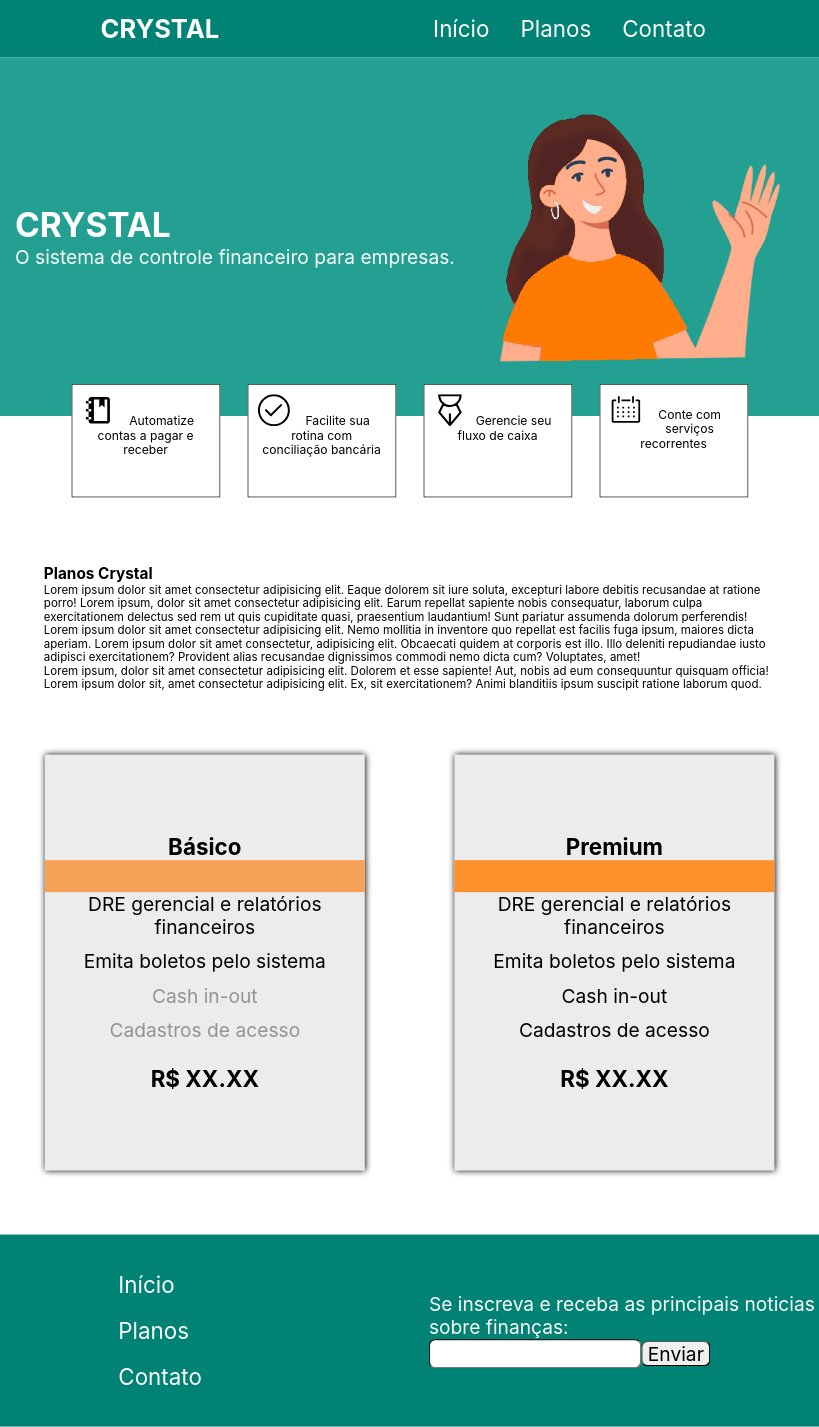
Repository: Matheus904-12/Crystallize
Page: index.html
An editor plug-in stored every save of this project. The page is shown before and after the next save, followed by the edit.
The browser window is 1280 px wide. The pictures show the whole page, at 64% of full size.
Some web fonts or font styles are not loaded; a fallback is used.

Above is the page before, as saved 2023-07-24 21:17:32.

### index.html
<!DOCTYPE html>
<html lang="pt-br">

<head>
    <meta charset="UTF-8">
    <meta name="viewport" content="width=device-width, initial-scale=1.0">

    <title>Crystal</title>

    <link rel="stylesheet" href="style.css">

</head>

<body>

    <header id="header">

        <h1 class="textoBranco logo">
            CRYSTAL
        </h1>

        <div class="textoBranco links">
            <a href="#header" class="paginas">Início</a>
            <a href="#planosOPC" class="paginas">Planos</a>
            <a href="contato.html" class="paginas">Contato</a>
        </div>

    </header>
    <section class="destaque">
        <div id="textLateral">
            <div class="textoBranco" id="titulo">
                <h1>CRYSTAL</h1>
            </div>
            <div class="textoBranco">
                <p>O sistema de controle financeiro para empresas.</p>
            </div>
        </div>
        <div class="textoBranco">
            <img src="mulher.png" alt="mulher acenando">
        </div>
    </section>
    <div class="boxes">
        <div class="box">
            <img src="planner.svg" alt="Logotipo">
            <h1></h1>
            <p>Automatize contas a pagar e receber</p>
        </div>
        <div class="box">
            <img src="check.svg" alt="Logotipo">
            <h1></h1>
            <p>Facilite sua rotina com conciliação bancária</p>
        </div>
        <div class="box">
            <img src="caneta.svg" alt="Logotipo">
            <h1></h1>
            <p>Gerencie seu fluxo de caixa</p>
        </div>
        <div class="box">
            <img src="calendario.svg" alt="Logotipo">
            <h1></h1>
            <p style="margin-top: 20px;">Conte com serviços recorrentes</p>
        </div>
    </div>

    <section id="planosOpc">
        <h1 class="textoPadrao planoTitulo">
            Planos Crystal
        </h1>
        <div class="textoPadrao planoTexto">
            <p>Lorem ipsum dolor sit amet consectetur adipisicing elit. Eaque dolorem sit iure soluta, excepturi labore debitis recusandae at ratione porro! Lorem ipsum, dolor sit amet consectetur adipisicing elit. Earum repellat sapiente nobis consequatur, laborum culpa exercitationem delectus sed rem ut quis cupiditate quasi, praesentium laudantium! Sunt pariatur assumenda dolorum perferendis!</p>
            <p>Lorem ipsum dolor sit amet consectetur adipisicing elit. Nemo mollitia in inventore quo repellat est facilis fuga ipsum, maiores dicta aperiam. Lorem ipsum dolor sit amet consectetur, adipisicing elit. Obcaecati quidem at corporis est illo. Illo deleniti repudiandae iusto adipisci exercitationem? Provident alias recusandae dignissimos commodi nemo dicta cum? Voluptates, amet!</p>
            <p>Lorem ipsum, dolor sit amet consectetur adipisicing elit. Dolorem et esse sapiente! Aut, nobis ad eum consequuntur quisquam officia!</p>
            <p>Lorem ipsum dolor sit, amet consectetur adipisicing elit. Ex, sit exercitationem? Animi blanditiis ipsum suscipit ratione laborum quod.</p>
        </div>
    </section>

    <nav class="opcoes">
        <div class="basic">
            <h2>Básico</h2>
            <div class="faixaBasic"></div>
            <p class="textoPadrao">DRE gerencial e relatórios financeiros</p>
            <br>
            <p class="textoPadrao">Emita boletos pelo sistema</p>
            <br>
            <p class="textoPadrao desativado">Cash in-out</p>
            <br>
            <p class="textoPadrao desativado">Cadastros de acesso</p>
            <br>
            <br>
            <h2>R$ XX.XX</h2>
        </div>

        <div class="premium">
            <h2>Premium</h2>
            <div class="faixa"></div>
            <p class="textoPadrao">DRE gerencial e relatórios financeiros</p>
            <br>
            <p class="textoPadrao">Emita boletos pelo sistema</p>
            <br>
            <p class="textoPadrao">Cash in-out</p>
            <br>
            <p class="textoPadrao">Cadastros de acesso</p>
            <br>
            <br>
            <h2>R$ XX.XX</h2>

        </div>
    </nav>

    <footer>
        <div class="textoBranco coluna">
            <a href="#header" class="paginasVertical">Início</a>
            <a href="#planosOPC" class="paginasVertical">Planos</a>
            <a href="contato.html" class="paginasVertical">Contato</a>
        </div>

        <div id="inscrever">
            <div class="coluna">
                <p class="textoBranco" id="inscricao">Se inscreva e receba as principais noticias sobre finanças:</p>
                <br>
                <br>
                <br>
                <br>
                <div class="inscreverse">
                    <input id="email" type="email">

                    <button id="enviar">Enviar</button>
                </div>
            </div>
        </div>
    </footer>
</body>

</html>

### style.css
/* RESET */

* {
    margin: 0;
}

/* FIM RESET */

/* PADRAO */

@font-face {
    font-family: "inter";
    src: url(atributos/fontInter/Inter-VariableFont_slnt\,wght.ttf);
}

h2 {
    font-size: 35px;
    font-family: "inter";
}

.textoBranco {
    font-family: "inter";
    color: #fff;
    font-size: 30px;
}

.textoPadrao {
    font-family: "inter";
    font-size: 30px;
}

html {
    scroll-behavior: smooth;
}

/* FIM PADRAO */


/* HEADER */

#header {
    background-color: #008374;
    width: 100vw;
    height: 90px;

    display: flex;
    justify-content: space-around;
    align-items: center;

}

.logo {
    font-size: 40px;
    color: #fff;
  }



.paginas {
    font-size: 35px;
    color: #fff;
    text-decoration: none;
    padding: 0px 20px;
}

/* FIM HEADER */

/* DESTAQUE */

.destaque {
    display: flex;
    align-items: center;
    justify-content: space-around;
    width: 100vw;
    height: 560px;

    background-color: #23A092;
}

#titulo {
    font-family: "inter";
    font-size: 35px;

}

/* FIM DESTAQUE*/










/* PLANOS */

.planosOpc {
    position: absolute;
    display: flex;
    width: 100px;
    height: 200px;
    font-size: 18px;
    flex-wrap: wrap;
  }

  .planoTitulo {
    font-size: 24px;
    margin-top: 5px;
    padding: 0px 50px 0px 68.5px;
  }

  .planoTexto {
    padding: 0px 68.5px 0px 68.5px;
    font-size: 18px;
  }
/* FIM PLANOS */

/* OPCOES */

.opcoes {
    padding: 100px 0px;
    width: 100vw;
    display: flex;
    justify-content: space-around;
    text-align: center;
}

.faixa {
    width: 500px;
    height: 50px;

    background-color: #FF912D;
}

.faixaBasic {
    width: 500px;
    height: 50px;

    background-color: #F6A256;
}



.basic {
            background-color: #EDECEC;

            width: 500px;
            height: 650px;

            display: flex;
            justify-content: center;
            flex-direction: column;

            filter: drop-shadow(1px 0px 5px #000000);

        }

.desativado {
    color: #959292;
}

.premium {
            background-color: #EDECEC;

            width: 500px;
            height: 650px;

            display: flex;
            justify-content: center;
            flex-direction: column;

            filter: drop-shadow(1px 0px 5px #000000);
        }
/* FIM OPCOES */
/* RODAPE */

footer {
    width: 100vw;
    height: 300px;

    display: flex;
    align-items: center;
    justify-content: space-around;

    background-color: #008374;
}

 .coluna {
    display: flex;
    flex-direction: column;}


.paginasVertical {
    padding: 15px;
    font-size: 35px;
    color: #fff;
    text-decoration: none;
}

#inscrever {
    width: 440px;
    height: 300px;

    flex-direction: column;
    display: flex;
    align-content: center;
    justify-content: space-around;

}

#inscricao {
    position: absolute;
}

#email {
    width: 400px;
    height: 40px;
    border-radius: 10px;
}

#enviar {
    width: 130px;
    height: 40px;
    border-radius: 10px;
    font-size: 30px;
    font-family: "inter";
}

.inscreverse {
    display: flex;
    align-items: center;
}
/*Caxinhas*/
.box {
    width: 200px;
    height: 145px;
    border: 1px solid black;
    padding: 15px;
    margin: 10px;
    margin-top: -50px;
    background-color: #FFF;
  }

  .box h1 {
    font-size: 20px;
    font-weight: bold;
  }

  .box p {
    color: #000;
    font-family: Inter;
    font-size: 19px;
    font-style: normal;
    font-weight: 400;
    line-height: normal;
    margin-top: 30px;
    text-align: center;
  }

  .box img {
    width: 50px;
    height: 50px;
    float:inline-start;
    margin-right: 10px;
    margin-top: 80px;
  }

  .boxes {
    display: flex;
    justify-content: space-around;
    align-items: center;
    padding: 90px;
    margin-top: -90px;
  }

  .box img {
    display: block;
    margin: 0 auto;
  }

  .box {
    display: inline-block;
  }

  /* INFORMACOES */

.info {
    display: flex;
    flex-direction: column;

    margin: 100px 500px

}

.comoContatar {
    margin: 100px 100px
}
/* FIM INFORMACOES */

After the next save:
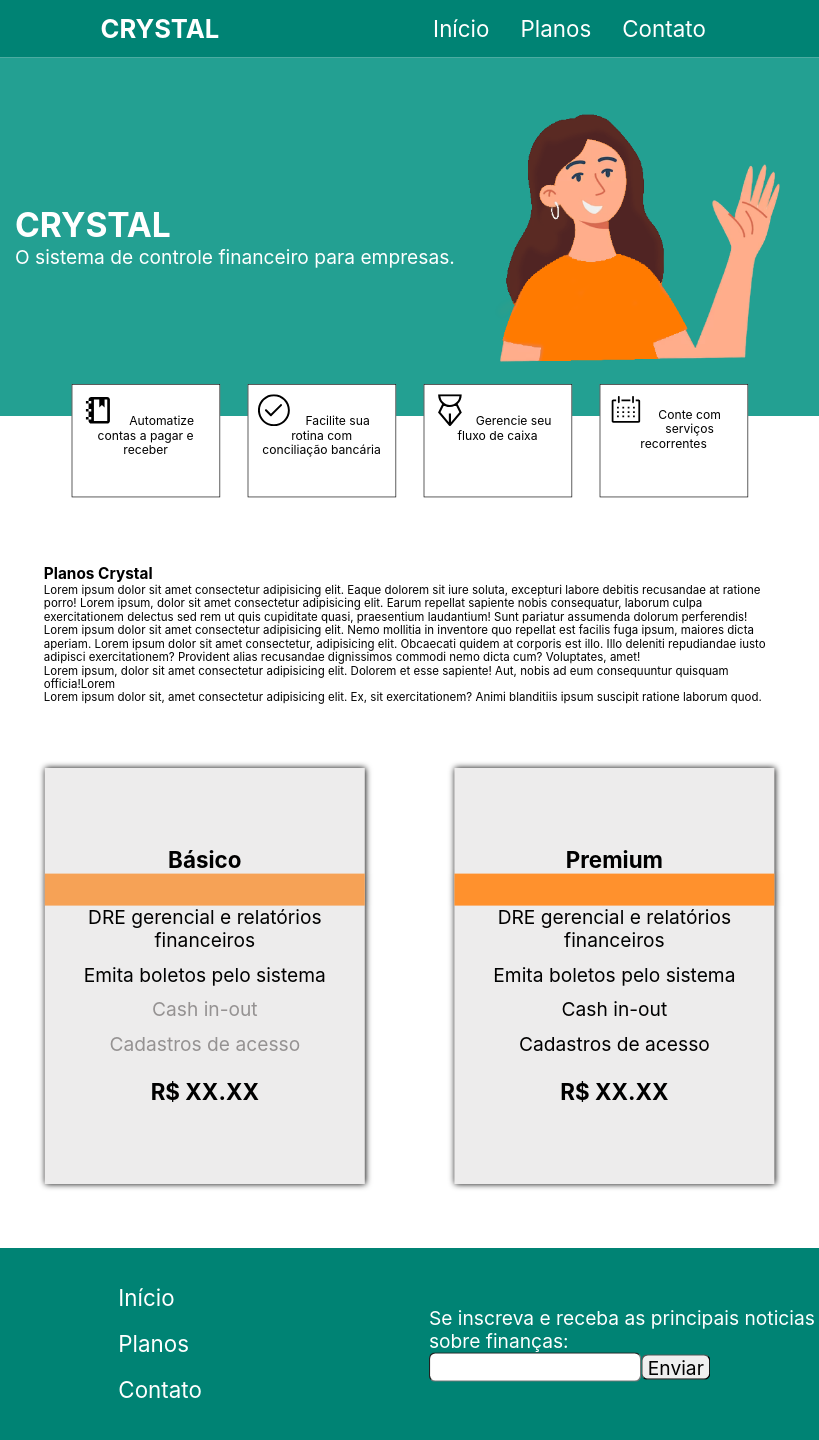
Saved 19 s later.
--- a/index.html
+++ b/index.html
@@ -69,7 +69,7 @@
         <div class="textoPadrao planoTexto">
             <p>Lorem ipsum dolor sit amet consectetur adipisicing elit. Eaque dolorem sit iure soluta, excepturi labore debitis recusandae at ratione porro! Lorem ipsum, dolor sit amet consectetur adipisicing elit. Earum repellat sapiente nobis consequatur, laborum culpa exercitationem delectus sed rem ut quis cupiditate quasi, praesentium laudantium! Sunt pariatur assumenda dolorum perferendis!</p>
             <p>Lorem ipsum dolor sit amet consectetur adipisicing elit. Nemo mollitia in inventore quo repellat est facilis fuga ipsum, maiores dicta aperiam. Lorem ipsum dolor sit amet consectetur, adipisicing elit. Obcaecati quidem at corporis est illo. Illo deleniti repudiandae iusto adipisci exercitationem? Provident alias recusandae dignissimos commodi nemo dicta cum? Voluptates, amet!</p>
-            <p>Lorem ipsum, dolor sit amet consectetur adipisicing elit. Dolorem et esse sapiente! Aut, nobis ad eum consequuntur quisquam officia!</p>
+            <p>Lorem ipsum, dolor sit amet consectetur adipisicing elit. Dolorem et esse sapiente! Aut, nobis ad eum consequuntur quisquam officia!Lorem</p>
             <p>Lorem ipsum dolor sit, amet consectetur adipisicing elit. Ex, sit exercitationem? Animi blanditiis ipsum suscipit ratione laborum quod.</p>
         </div>
     </section>
